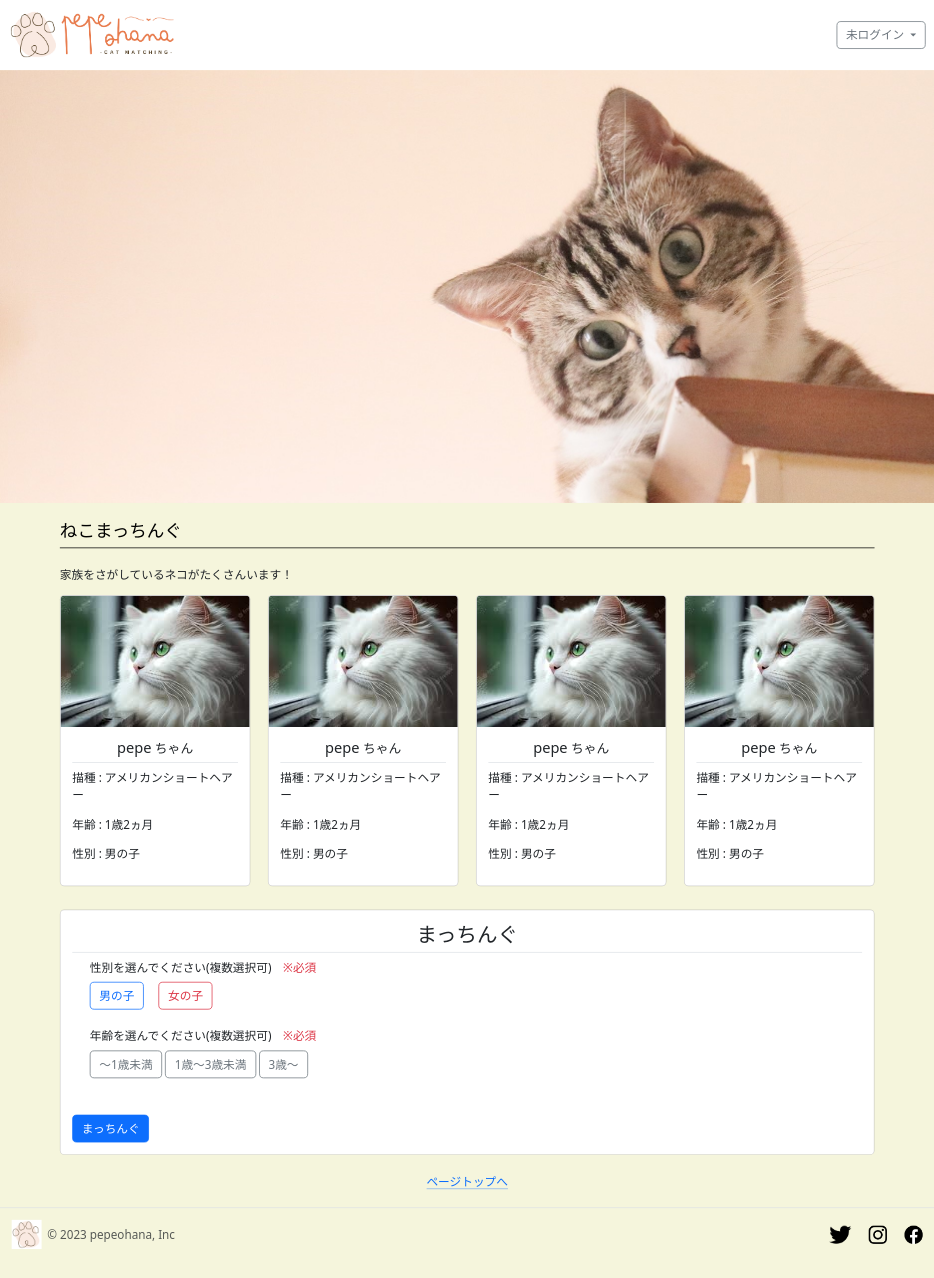
Repository: sakuwell/pepe
Page: http://localhost/PepeOhana/
An editor plug-in stored every save of this project. The page is shown before and after the next save, followed by the edit.
The browser window is 1280 px wide. The pictures show the whole page, at 73% of full size.
The page is served by Tomcat 9. Other server files are loaded and not shown.

Above is the page before, as saved 2023-09-06 06:30:48.

### ExWorkSpace/PepeOhana/src/main/webapp/index.jsp
<%@ page language="java" contentType="text/html; charset=UTF-8"
    pageEncoding="UTF-8"%>
<%@ page import="model.UsersInfoDto" %>

<!DOCTYPE html>
<html lang="ja">
<head>
    <meta charset="UTF-8">
    <meta name="viewport" content="width=device-width, initial-scale=1.0">
    <!-- Bootstrap CSS -->
    <link href="https://cdn.jsdelivr.net/npm/bootstrap@5.3.0/dist/css/bootstrap.min.css" rel="stylesheet" integrity="sha384-9ndCyUaIbzAi2FUVXJi0CjmCapSmO7SnpJef0486qhLnuZ2cdeRhO02iuK6FUUVM" crossorigin="anonymous">
    <script src="https://cdn.jsdelivr.net/npm/bootstrap@5.3.0/dist/js/bootstrap.bundle.min.js" integrity="sha384-geWF76RCwLtnZ8qwWowPQNguL3RmwHVBC9FhGdlKrxdiJJigb/j/68SIy3Te4Bkz" crossorigin="anonymous"></script>
    <title>Top | pepeohana</title>
</head>

<%
    // セッションを取得
	UsersInfoDto userInfoOnSession = (UsersInfoDto)session.getAttribute("LOGIN_INFO");
	boolean isLoggedIn = false;
	String userName = "";
	//HttpSession mysession = request.getSession(true);

    // セッションが存在し、username属性もセットされている場合はログイン済み
    if (userInfoOnSession != null) {
		userName = userInfoOnSession.getUserName();
        isLoggedIn = true;
    }
%>

<body  style="background-color:beige;">
	<% if (isLoggedIn) { %>
    <!-- ログイン済ヘッダー -->
    <nav class="navbar navbar-expand-lg navbar-light bg-white">
        <div class="container-fluid">
            <a class="navbar-brand" href="index.jsp">
                <img src="images/pepe_ohana_logo.png" alt="ページロゴ" width="auto" height="70">
            </a>
            <div class="btn-group">
                <button type="button" class="btn btn-secondary dropdown-toggle" data-bs-toggle="dropdown" aria-expanded="false">
                    userName
                </button>
                <ul class="dropdown-menu dropdown-menu-end">
                    <li><a class="dropdown-item" href="<%=request.getContextPath()%>/ExeMyPage">マイページ</a></li>
                    <li><a class="dropdown-item" href="<%=request.getContextPath()%>/ExeLogout">ログアウト</a></li>
                </ul>
            </div>
        </div>
    </nav>
    <!-- ログイン済ヘッダーここまで -->
    <% } else { %>
    <!-- 未ログインヘッダー -->
    <nav class="navbar navbar-expand-lg navbar-light bg-white">
    	<div class="container-fluid">
        	<a class="navbar-brand" href="index.jsp">
          		<img src="images/pepe_ohana_logo.png" alt="ページロゴ" width="auto" height="70">
          	</a>
         	<div class="btn-group">
            	<button type="button" class="btn btn-outline-secondary dropdown-toggle" data-bs-toggle="dropdown" aria-expanded="false">
             		 未ログイン
            	</button>
            	<ul class="dropdown-menu dropdown-menu-end">
              		<li><a class="dropdown-item" href="jsp/Login.jsp">ログイン</a></li>
              		<li><a class="dropdown-item" href="jsp/registUser.jsp">新規ユーザー登録</a></li>
            	</ul>
          	</div>
        </div>
    </nav>
    <!-- 未ログインヘッダーここまで -->
    <% } %>


    <!-- ヒーロー画像 -->
    <img class="img-fluid mb-4" src="images/hero_index.jpg"  alt="index画像" style="max-height:600px; width:100%; object-fit: cover;">

    <!-- ここから下　ページごとの内容 -->
    <div class="container">
        <div class="h4 pb-2 mb-4 text-black border-bottom border-black">
            ねこまっちんぐ
        </div>
            <p>家族をさがしているネコがたくさんいます！</p>
        <!-- 猫カードエリア -->
        <div class="row">
           <!-- カードのコンテンツ1 -->
           <div class="col-6 col-md-4 col-lg-3">
                <div class="card mb-3">
                	<img src="images/cat_2.jpg" style="height:180px; width: 100%; object-fit: cover;" class="card-img-top" alt="猫画像">
                    <div class="card-body">
                        <h5 class="card-title text-center border-bottom pb-2">pepe<small> ちゃん</small></h5>
                        <p class="card-text text-right">描種 : アメリカンショートヘアー</p>
                        <p class="card-text text-right">年齢 : 1歳2ヵ月</p>
                        <p class="card-text text-right">性別 : 男の子</p>
                        <div class="d-flex justify-content-center">
                            <a href="#" class="stretched-link"></a>
                        </div>
                    </div>
                </div>
            </div>
           <!-- カードのコンテンツ2 -->
           <div class="col-6 col-md-4 col-lg-3">
                <div class="card mb-3">
                	<img src="images/cat_2.jpg" style="height:180px; width: 100%; object-fit: cover;" class="card-img-top" alt="猫画像">
                    <div class="card-body">
                        <h5 class="card-title text-center border-bottom pb-2">pepe<small> ちゃん</small></h5>
                        <p class="card-text text-right">描種 : アメリカンショートヘアー</p>
                        <p class="card-text text-right">年齢 : 1歳2ヵ月</p>
                        <p class="card-text text-right">性別 : 男の子</p>
                        <div class="d-flex justify-content-center">
                            <a href="#" class="stretched-link"></a>
                        </div>
                    </div>
                </div>
            </div>
           <!-- カードのコンテンツ3 -->
           <div class="col-6 col-md-4 col-lg-3">
                <div class="card mb-3">
                	<img src="images/cat_2.jpg" style="height:180px; width: 100%; object-fit: cover;" class="card-img-top" alt="猫画像">
                    <div class="card-body">
                        <h5 class="card-title text-center border-bottom pb-2">pepe<small> ちゃん</small></h5>
                        <p class="card-text text-right">描種 : アメリカンショートヘアー</p>
                        <p class="card-text text-right">年齢 : 1歳2ヵ月</p>
                        <p class="card-text text-right">性別 : 男の子</p>
                        <div class="d-flex justify-content-center">
                            <a href="#" class="stretched-link"></a>
                        </div>
                    </div>
                </div>
            </div>
           <!-- カードのコンテンツ4 -->
           <div class="col-6 col-md-4 col-lg-3">
                <div class="card mb-3">
                	<img src="images/cat_2.jpg" style="height:180px; width: 100%; object-fit: cover;" class="card-img-top" alt="猫画像">
                     <div class="card-body">
                         <h5 class="card-title text-center border-bottom pb-2">pepe<small> ちゃん</small></h5>
                         <p class="card-text text-right">描種 : アメリカンショートヘアー</p>
                         <p class="card-text text-right">年齢 : 1歳2ヵ月</p>
                         <p class="card-text text-right">性別 : 男の子</p>
                         <div class="d-flex justify-content-center">
                             <a href="#" class="stretched-link"></a>
                         </div>
                     </div>
                 </div>
            </div>
		</div>

        <!-- 検索フォームエリア -->
        <div class="card mt-3 p-3">
         	<form action="SearchCat">
         		<h3 class="border-bottom pb-2" style="text-align:center;">まっちんぐ</h3>
         		<div class="form-check">
					<label for="" class="form-label">性別を選んでください(複数選択可)<span class="text-danger">　※必須</span></label><br>
	         		<input type="checkbox" class="btn-check" id="gender_1" autocomplete="off">
					<label class="btn btn-outline-primary" for="gender_1">男の子</label>
	         		<input type="checkbox" class="btn-check" id="gender_2" autocomplete="off">
					<label class="btn btn-outline-danger ms-3" for="gender_2">女の子</label>
				</div>
         		<div class="form-check mt-4">
					<label for="" class="form-label">年齢を選んでください(複数選択可)<span class="text-danger">　※必須</span></label><br>
	         		<input type="checkbox" class="btn-check" id="age_1" autocomplete="off">
					<label class="btn btn-outline-secondary" for="age_1">～1歳未満</label>
	         		<input type="checkbox" class="btn-check" id="age_2" autocomplete="off">
					<label class="btn btn-outline-secondary" for="age_2">1歳～3歳未満</label>
	         		<input type="checkbox" class="btn-check" id="age_3" autocomplete="off">
					<label class="btn btn-outline-secondary" for="age_3">3歳～</label>
				</div>
				<button type="submit" class="btn btn-primary mt-5">まっちんぐ</button>
			</form>
		</div>

	</div>
    <!-- ここまで　ページごとの内容 -->

    <!-- フッター -->
    <div class="text-center mt-4">
        <a class="icon-link icon-link-hover" href="#">
            ページトップへ
        </a>
	</div>
	<footer class="d-flex flex-wrap justify-content-between align-items-center py-3 my-4 border-top">
    	<div class="col-md-4 d-flex align-items-center ms-3">
        	<a href="index.jsp" class="mb-3 me-2 mb-md-0"><img alt="ロゴ画像" src="images/nikukyu_logo.png" width="auto" height="40"></a>
          	<span class="mb-3 mb-md-0 text-body-secondary">© 2023 pepeohana, Inc</span>
        </div>
        <ul class="nav col-md-4 justify-content-end list-unstyled d-flex me-3">
            <li><a href="#"><img src=images/twitter_logo.png width="auto" height="25"></a></li>
            <li class="ms-4"><a href="#"><img src=images/insta_logo.png width="auto" height="25"></a></li>
            <li class="ms-4"><a href="#"><img src=images/facebook_logo.png width="auto" height="25"></a></li>
        </ul>
	</footer>
    <!-- フッター　ここまで -->

</body>
</html>

After the next save:
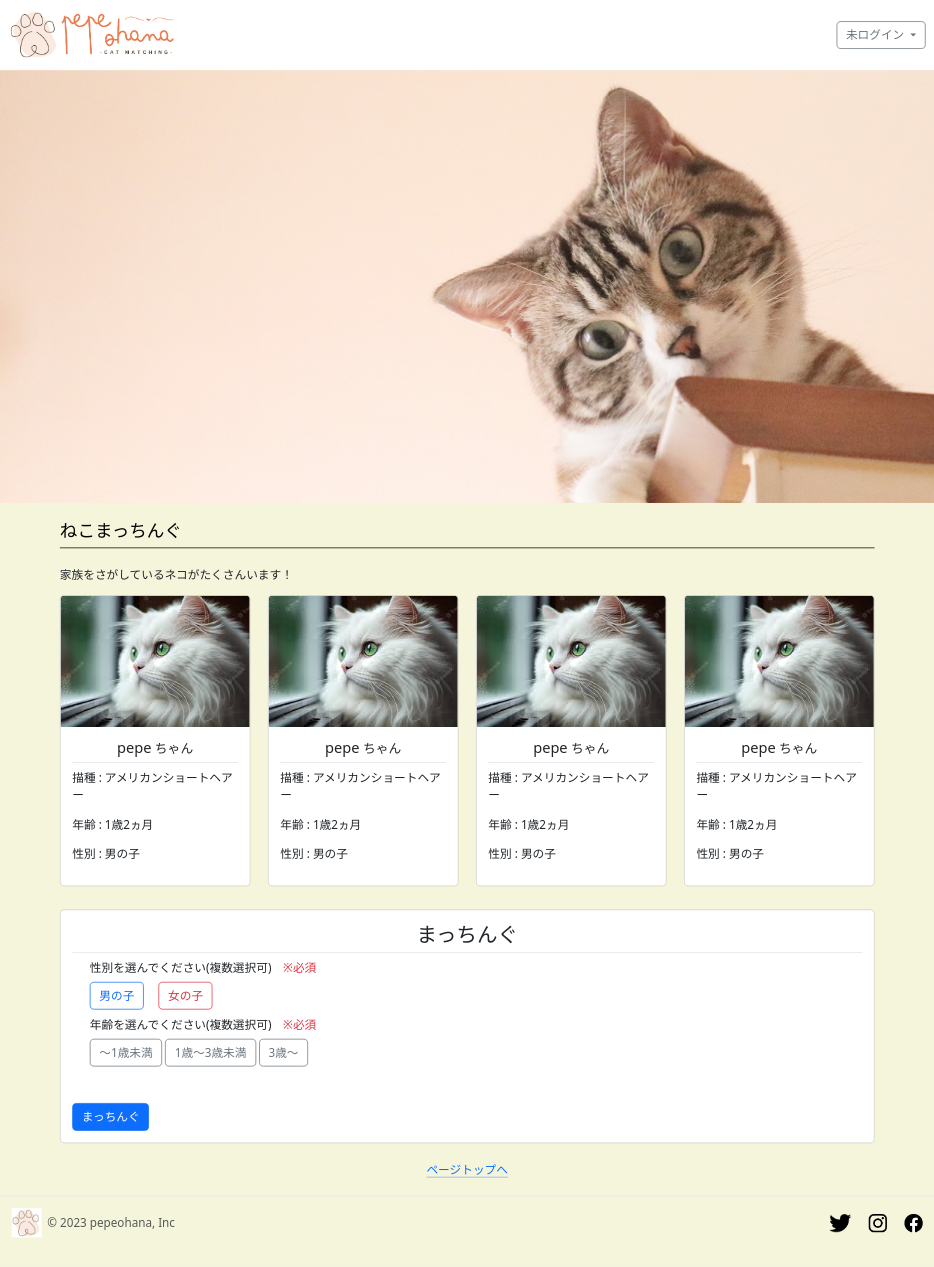
Saved 10 s later.
--- a/ExWorkSpace/PepeOhana/src/main/webapp/index.jsp
+++ b/ExWorkSpace/PepeOhana/src/main/webapp/index.jsp
@@ -153,7 +153,7 @@
 	         		<input type="checkbox" class="btn-check" id="gender_2" autocomplete="off">
 					<label class="btn btn-outline-danger ms-3" for="gender_2">女の子</label>
 				</div>
-         		<div class="form-check mt-4">
+         		<div class="form-check mt-2">
 					<label for="" class="form-label">年齢を選んでください(複数選択可)<span class="text-danger">　※必須</span></label><br>
 	         		<input type="checkbox" class="btn-check" id="age_1" autocomplete="off">
 					<label class="btn btn-outline-secondary" for="age_1">～1歳未満</label>
